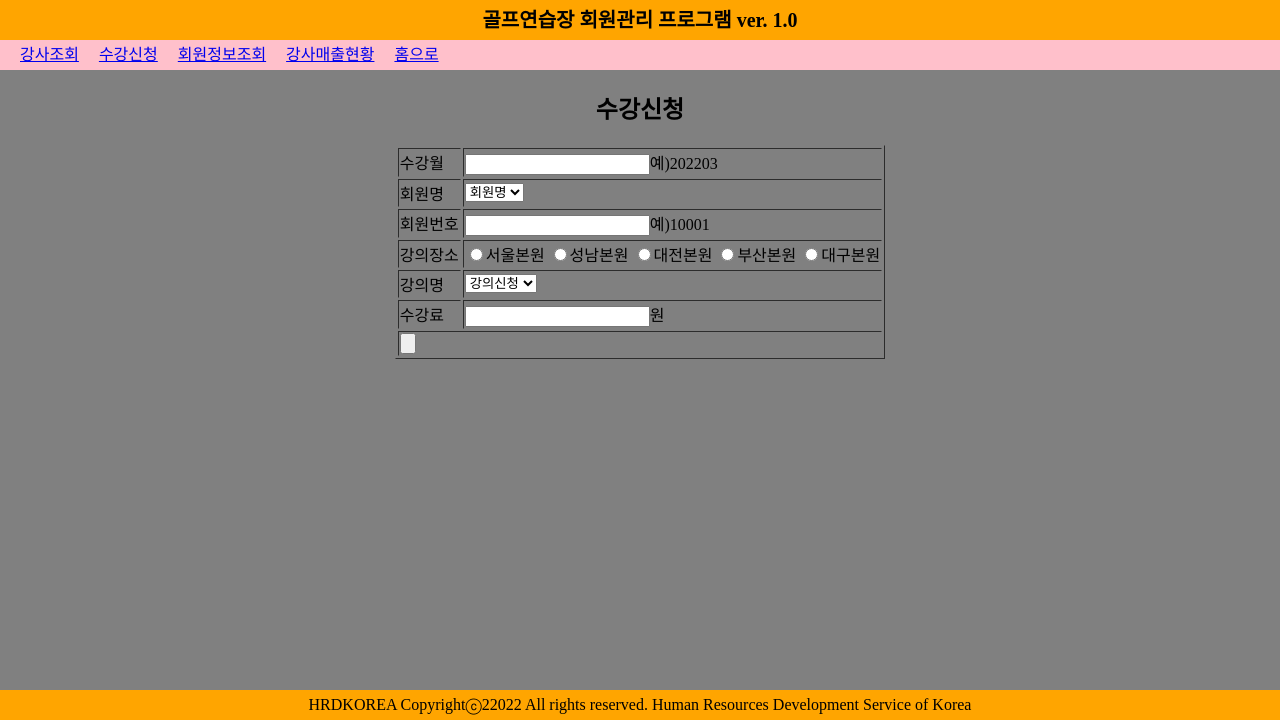
Repository: leesuyeon116/HRD_3
Page: http://localhost/HRD_0505/insert.jsp
The author's editor kept a copy of each file at every save. The page is drawn from the files as they stood at one save, then again after the next save.
The browser window is 1280 px wide. The pictures show the whole page.
The page is served by Tomcat 9.

Above is the page before, as saved 2024-05-05 10:32:17.
Console error: SyntaxError: Unexpected end of input

After the next save:
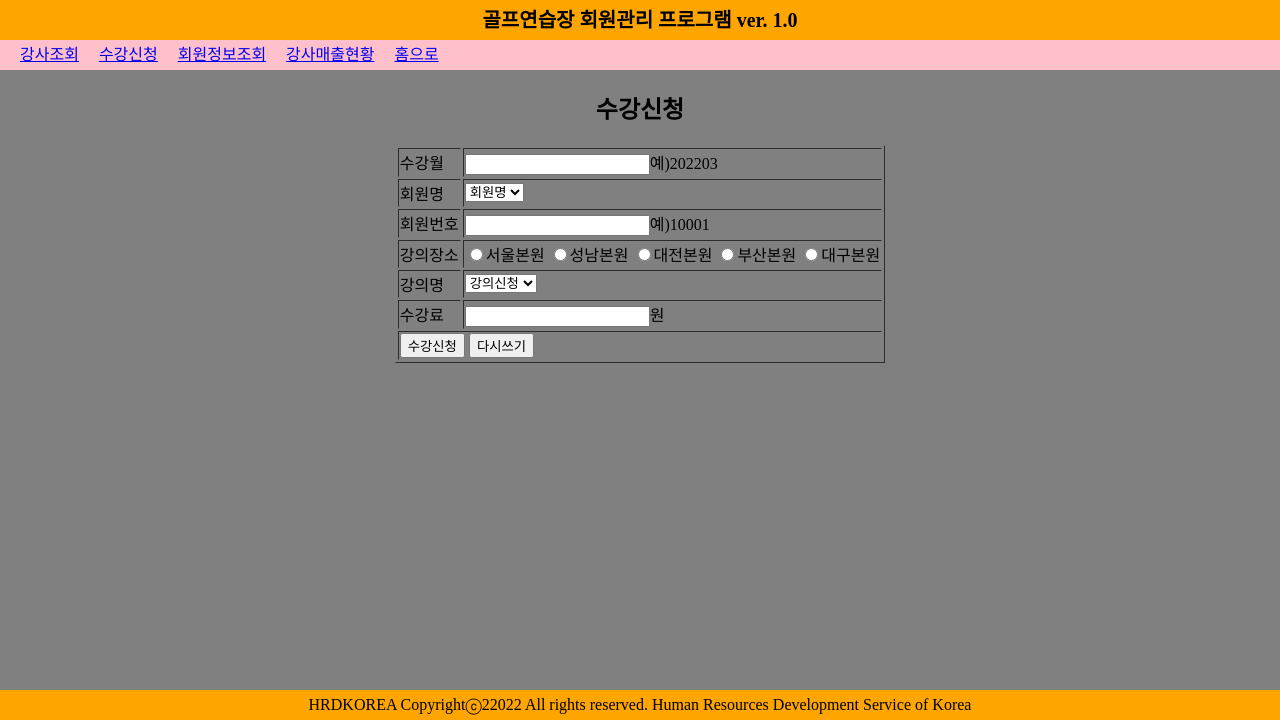
Saved 101 s later.
--- a/workspace/HRD_0505/src/main/webapp/insert.jsp
+++ b/workspace/HRD_0505/src/main/webapp/insert.jsp
@@ -68,7 +68,8 @@
 
 			<tr>
 				<td colspan="2">
-					<input type="button">
+					<input type="button" value="수강신청" onclick="insert()">
+					<input type="button" value="다시쓰기" onclick="res()">
 				</td>
 			</tr>
 		</table>
